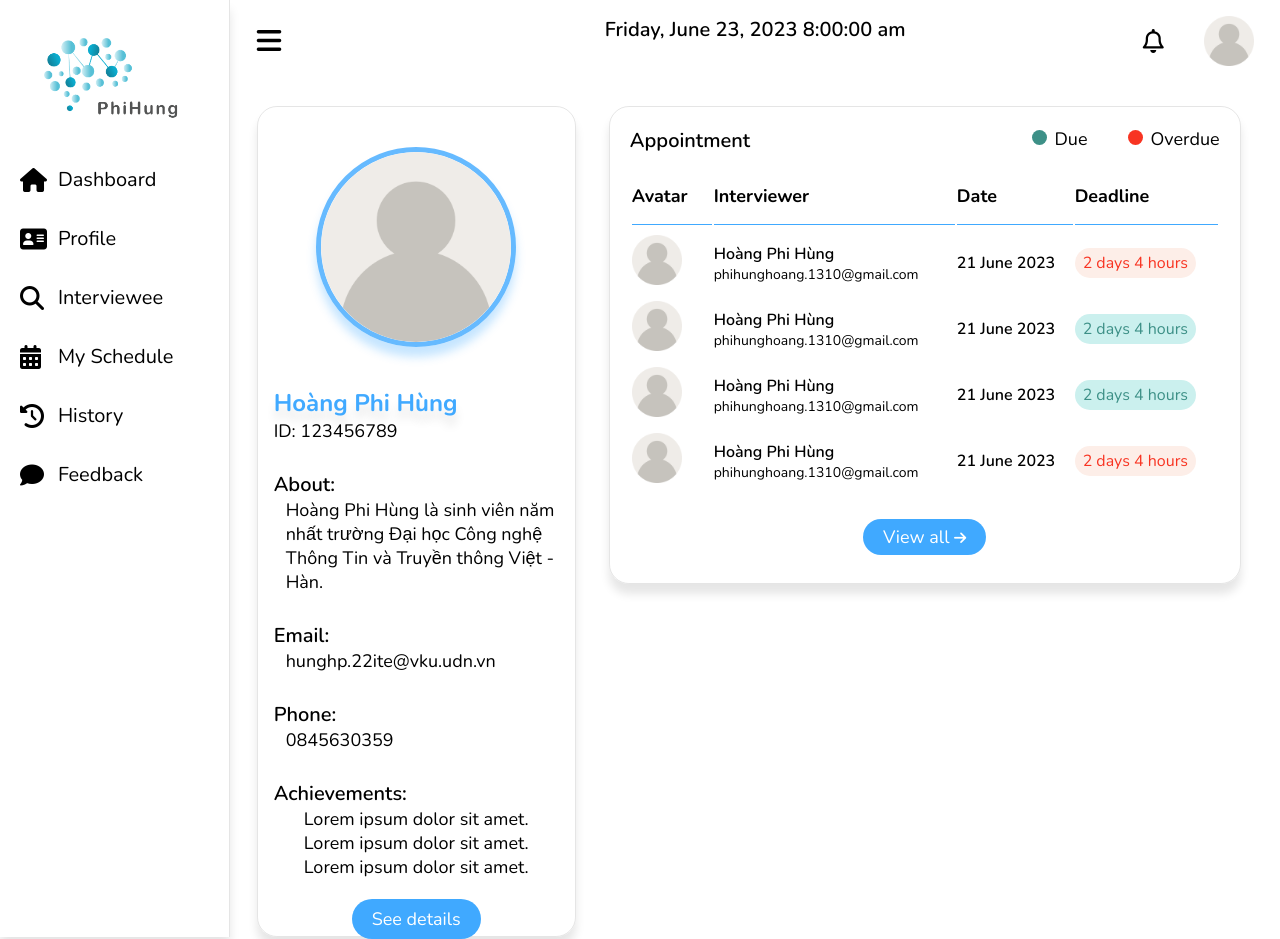
Repository: hphihungit/InterviewService
Page: interviewee.html
The author's editor kept a copy of each file at every save. The page is drawn from the files as they stood at one save, then again after the next save.
The browser window is 1280 px wide. The pictures show the whole page.

Above is the page before, as saved 2023-06-01 01:40:13.

After the next save:
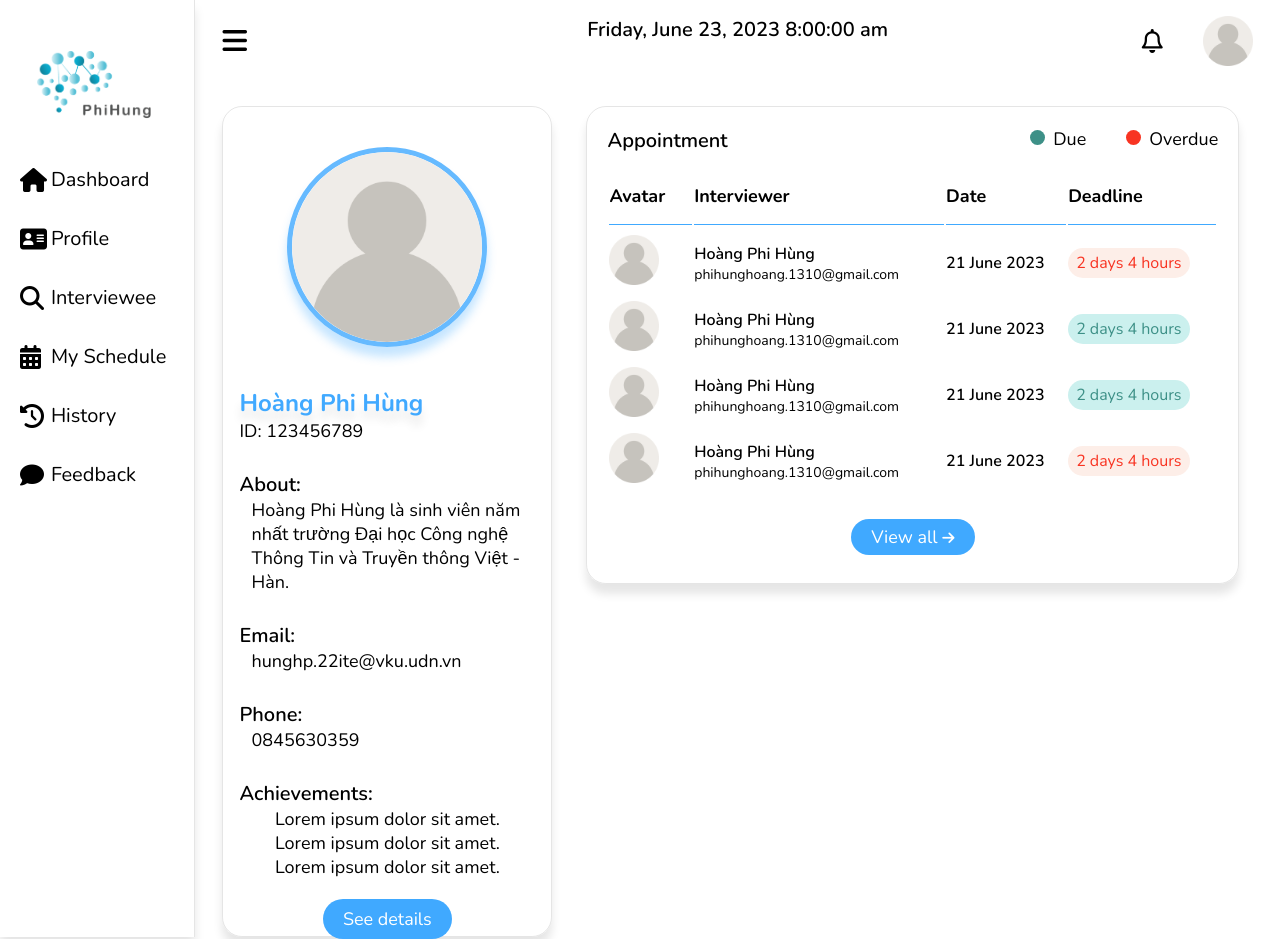
Saved 28 s later.
--- a/assets/css/interviewee.css
+++ b/assets/css/interviewee.css
@@ -61,7 +61,7 @@
 }
 
 .container {
-    width: 82%;
+    width: 100%;
 }
 
 .header {
